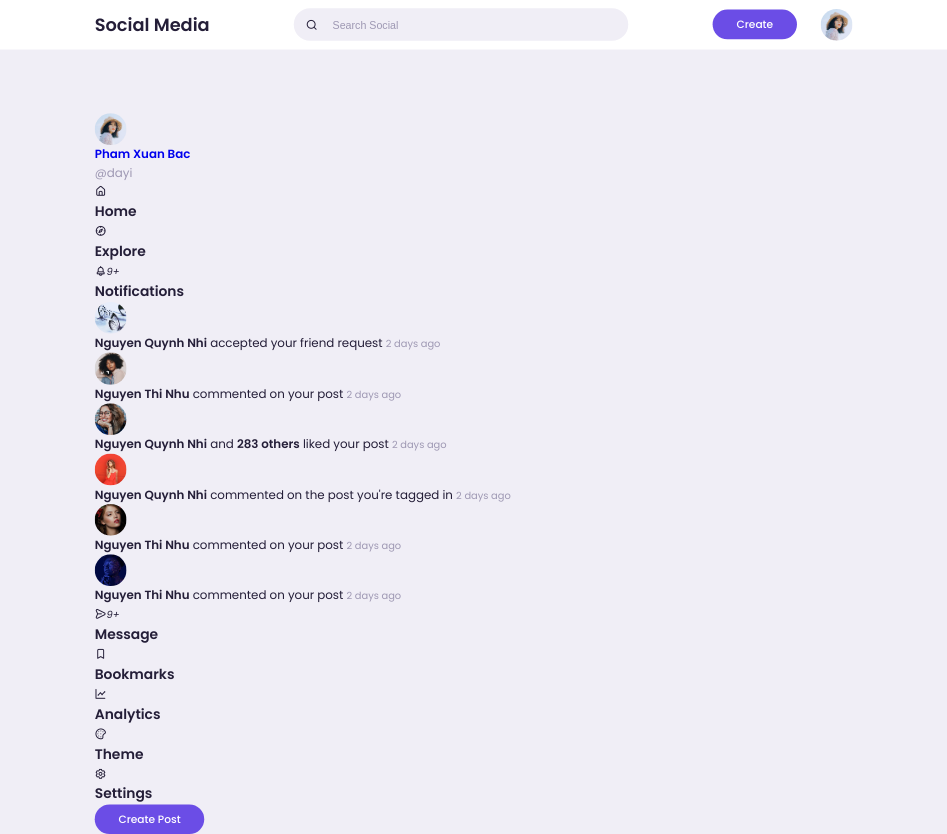
Repository: northpx/socialMedia
Page: index.html
The author's editor kept a copy of each file at every save. The page is drawn from the files as they stood at one save, then again after a run of saves.
The browser window is 1280 px wide. The pictures show the whole page, at 74% of full size.

Above is the page before, as saved 2023-03-07 17:17:15.

After the next 2 saves:
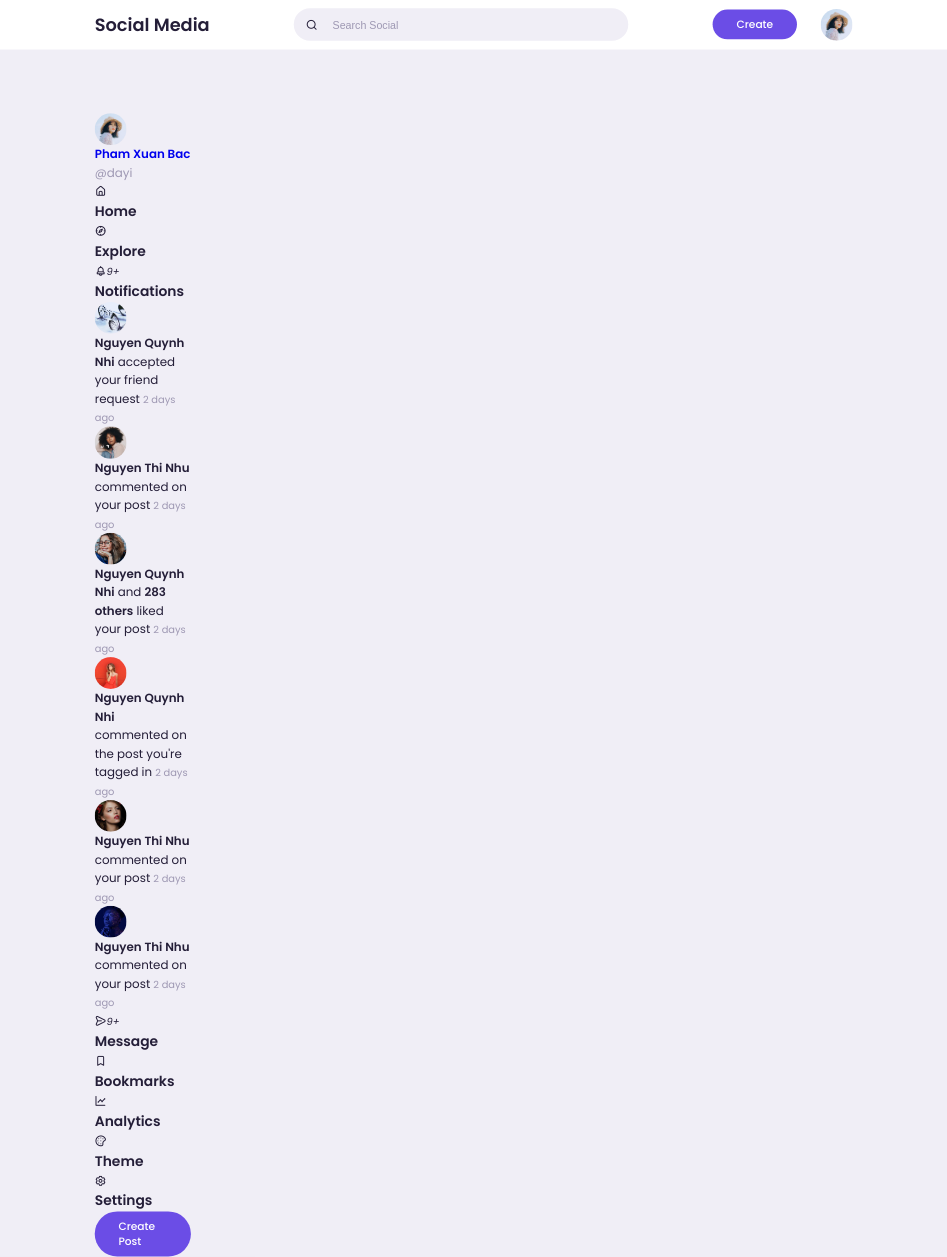
The 2 saves are shown as one change because they came seconds apart.
The last was saved 9 s later.
--- a/css/style.css
+++ b/css/style.css
@@ -126,5 +126,5 @@ main{
 
 main .container{
     display: grid;
-    grid-template-columns: ;
+    grid-template-columns: 18vh auto 20vw;
 }
